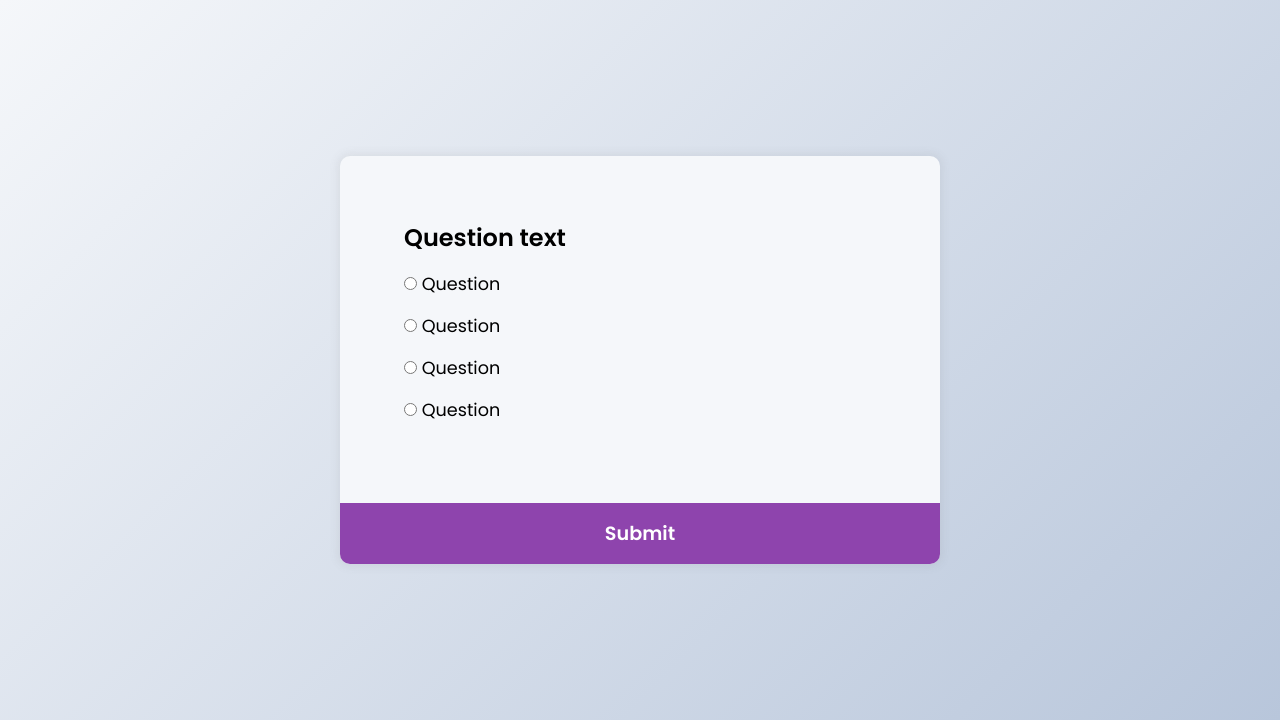
Repository: sevilgenysf/javascript-two
Page: index.html
These files come from the project's save history. The page is drawn as it stood at one moment and after the next save; the edit follows.
The browser window is 1280 px wide. The pictures show the whole page.

Above is the page before, as saved 2022-02-27 15:32:17.

### index.html
<!DOCTYPE html>
<html lang="en">

<head>
	<meta charset="UTF-8">
	<meta http-equiv="X-UA-Compatible" content="IE=edge">
	<meta name="viewport" content="width=device-width, initial-scale=1.0">
	<link rel="stylesheet" href="./style.css">
	<script src="./index.js" defer></script>
	<title>javascript Day two</title>
</head>

<body>
	<div>
		<div class="quiz-container">
			<div class="quiz-header">
				<h2 id="question">Question text</h2>
				<ul>
					<li>
						<input type="radio" id="a" name="answer">
						<label id="a_text" for="a">Question</label>
					</li>
				</ul>
				<ul>
					<li>
						<input type="radio" id="b" name="answer">
						<label id="b_text" for="b">Question</label>
					</li>
				</ul>
				<ul>
					<li>
						<input type="radio" id="c" name="answer">
						<label id="c_text" for="c">Question</label>
					</li>
				</ul>
				<ul>
					<li>
						<input type="radio" id="d" name="answer">
						<label id="d_text" for="d">Question</label>
					</li>
				</ul>
			</div>
			<button>Submit</button>
		</div>
	</div>
</body>

</html>

### style.css
@import url('https://fonts.googleapis.com/css2?family=Poppins:wght@400;600&family=Roboto:ital,wght@0,300;0,400;0,700;1,500&display=swap');

* {
	margin: 0;
	padding: 0;
	box-sizing: border-box;
}

body {
	display: flex;
	justify-content: center;
	align-items: center;
	background-color: #b8c6db;
	background-image: linear-gradient(315deg, #b8c6db 0%, #f5f7fa 100%);
	font-family: 'Poppins', sans-serif;
	min-height: 100vh;
}

.quiz-container {
	background-color: #f5f7fa;
	width: 600px;
	border-radius: 10px;
	box-shadow: 0 0 10px 2px rgba(100, 100, 100, 0.1);
	max-width: 100%;
	overflow: hidden;
}

.quiz-header {
	padding: 4rem;
}

ul {
	list-style: none;
	padding: 0;
}

ul li {
	font-size: 1.1rem;
	margin: 1rem 0;
}

h2 {
	margin: 0;
}

button {
	background-color: #8e44ad;
	width: 100%;
	padding: 1rem;
	color: #fff;
	font-family: inherit;
	border: none;
	cursor: pointer;
	font-size: 1.2rem;
	font-weight: 600;
	transition: all 0.2s ease-in-out;
}

button:hover {
	background-color: #732d91;
}

### index.js
const quizData = [
	{
		question: 'How old are you?',
		a: '25',
		b: '26',
		c: '27',
		d: '28',
		currect: 'c'
	},
	{
		question: 'What is the most used best programing language in 2019?',
		a: 'Java',
		b: 'C',
		c: 'Python',
		d: 'JavaScript',
		currect: 'a'
	},
	{
		qwstion: 'who is he President of USA?',
		a: 'Trump',
		b: 'Obama',
		c: 'Bush',
		d: 'Clinton',
		currect: 'b'
	},
	{
		question: 'What does HTML stand for?',
		a: 'Hyper Text Markup Language',
		b: 'Cascading style sheet',
		c: 'Jason Object Notation',
		d: 'Aplication Type Markup Language',
		currect: 'a'
	},
	{
		question: 'What year was javaScript launched?',
		a: '1995',
		b: '1996',
		c: '1997',
		d: 'none of the above',
		currect: 'd'
	}
];

const questionEl = document.getElementById('question');
const a_text = document.getElementById('a_text');
const b_text = document.getElementById('b_text');
const c_text = document.getElementById('c_text');
const d_text = document.getElementById('d_text');

let currentQuestion = 0;

loadQuiz();

function loadQuiz() {
	currentQuestion++;
}

After the next save:
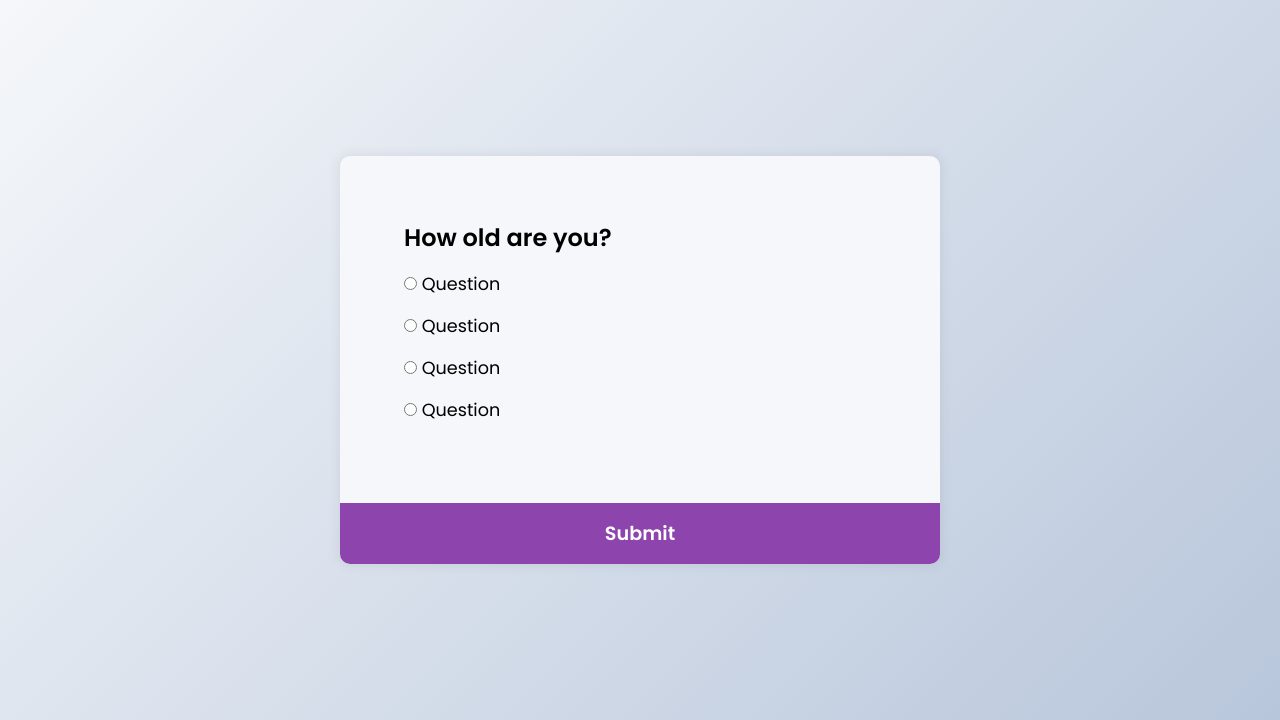
Saved 73 s later.
--- a/index.js
+++ b/index.js
@@ -52,5 +52,7 @@ let currentQuestion = 0;
 loadQuiz();
 
 function loadQuiz() {
+	const currentQuizData = quizData[currentQuestion];
+	questionEl.innerHTML = quizData[currentQuestion].question;
 	currentQuestion++;
 }
